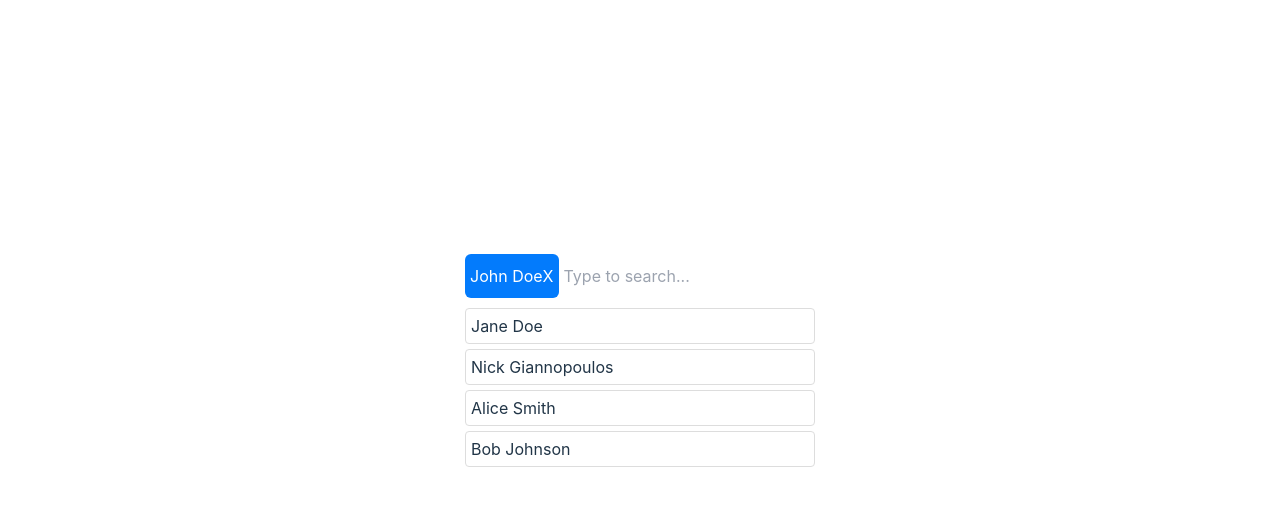
Repository: Ayansaxena24/Chip
Page: /, after clicking the first element matching `li`
An editor plug-in stored every save of this project. The page is shown before and after the next save, followed by the edit.
The browser window is 1280 px wide. The pictures show the whole page.
Some web libraries are served in a nearby version. The project was rebuilt for these pictures with package versions that can differ from the ones it lists, and the page was loaded fresh each time. Also part of the build but not shown: vite.config.ts.

Above is the page before, as saved 2024-01-16 03:09:43.

### index.html
<!doctype html>
<html lang="en">
  <head>
    <meta charset="UTF-8" />
    <link rel="icon" type="image/svg+xml" href="/vite.svg" />
    <meta name="viewport" content="width=device-width, initial-scale=1.0" />
    <script src="https://cdn.tailwindcss.com"></script>    <title>Vite + React + TS</title>
  </head>
  <body>
    <div id="root"></div>
    <script type="module" src="/src/main.tsx"></script>
  </body>
</html>

### src/App.tsx
import { BrowserRouter as Router, Routes, Route } from 'react-router-dom'
import ChipInput from './chipInput'

const App = () => {
  return (
    <Router>
      <Routes>
      <Route path="/" element={<ChipInput />} />
      </Routes>
    </Router>
  )
}

export default App

### src/ChipInput.tsx
// ChipInput.tsx

import React, {
  useState,
  useRef,
  useEffect,
  KeyboardEvent,
  ChangeEvent,
} from "react";
import "./ChipInput.css"; // Import your CSS file (e.g., TailwindCss/SCSS)

interface Chip {
  id: number;
  label: string;
}

const ChipInput: React.FC = () => {
  const [inputValue, setInputValue] = useState<string>("");
  const [chips, setChips] = useState<Chip[]>([]);
  const [filteredItems, setFilteredItems] = useState<string[]>([]);
  const inputRef = useRef<HTMLInputElement>(null);

  const items = [
    "John Doe",
    "Jane Doe",
    "Nick Giannopoulos",
    "Alice Smith",
    "Bob Johnson",
  ];

  useEffect(() => {
    setFilteredItems(
      items.filter((item) => !chips.find((chip) => chip.label === item))
    );
  }, [chips]);

  const handleInputChange = (e: ChangeEvent<HTMLInputElement>) => {
    const value = e.target.value;
    setInputValue(value);

    if (value.trim() === "" && chips.length > 0) {
      highlightLastChip();
    } else {
      setFilteredItems(
        items.filter((item) => item.toLowerCase().includes(value.toLowerCase()))
      );
    }
  };

  const handleChipClick = (item: string) => {
    setChips((prevChips) => [...prevChips, { id: Date.now(), label: item }]);
    setInputValue("");
  };

  const handleChipRemove = (id: number) => {
    setChips((prevChips) => prevChips.filter((chip) => chip.id !== id));
  };

  const handleInputKeyDown = (e: KeyboardEvent<HTMLInputElement>) => {
    if (e.key === "Backspace" && inputValue === "" && chips.length > 0) {
      e.preventDefault();
      const lastChip = chips[chips.length - 1];
      handleChipRemove(lastChip.id);
    }
  };

  const highlightLastChip = () => {
    const lastChip = document.querySelector(".chip:last-child");
    if (lastChip) {
      lastChip.classList.add("highlighted");
    }
  };

  return (
    <div className="w-screen flex justify-center items-center">
      <div className="flex flex-col w-[50vh]">
        <div className="flex flex-wrap">
          {chips.map((chip) => (
            <div
              key={chip.id}
              className="bg-[#037bfc] text-white rounded-md m-[5px] px-[5px] py-[10px] cursor-pointer flex items-center"
              onClick={() => handleChipRemove(chip.id)}
            >
              {chip.label}
              <span className="border-white">X</span>
            </div>
          ))}
          <input
            ref={inputRef}
            type="text"
            value={inputValue}
            onChange={handleInputChange}
            onKeyDown={handleInputKeyDown}
            placeholder="Type to search..."
          />
        </div>
        <ul className="item-list">
          {filteredItems.map((item) => (
            <li key={item} onClick={() => handleChipClick(item)}>
              {item}
            </li>
          ))}
        </ul>
      </div>
    </div>
  );
};

export default ChipInput;

### src/ChipInput.css
/* ChipInput.css */

  .chip-remove {
    margin-left: 5px;
    cursor: pointer;
  }

  .highlighted {
    background-color: #ffcc00;
  }

  .item-list {
    list-style: none;
    padding: 0;
    margin: 0;
  }

  .item-list li {
    cursor: pointer;
    padding: 5px;
    margin: 5px;
    border: 1px solid #ddd;
    border-radius: 4px;
  }

  .item-list li:hover {
    background-color: #f0f0f0;
  }

Loaded but not shown: src/main.tsx (common file); src/index.css (common file)

After the next save:
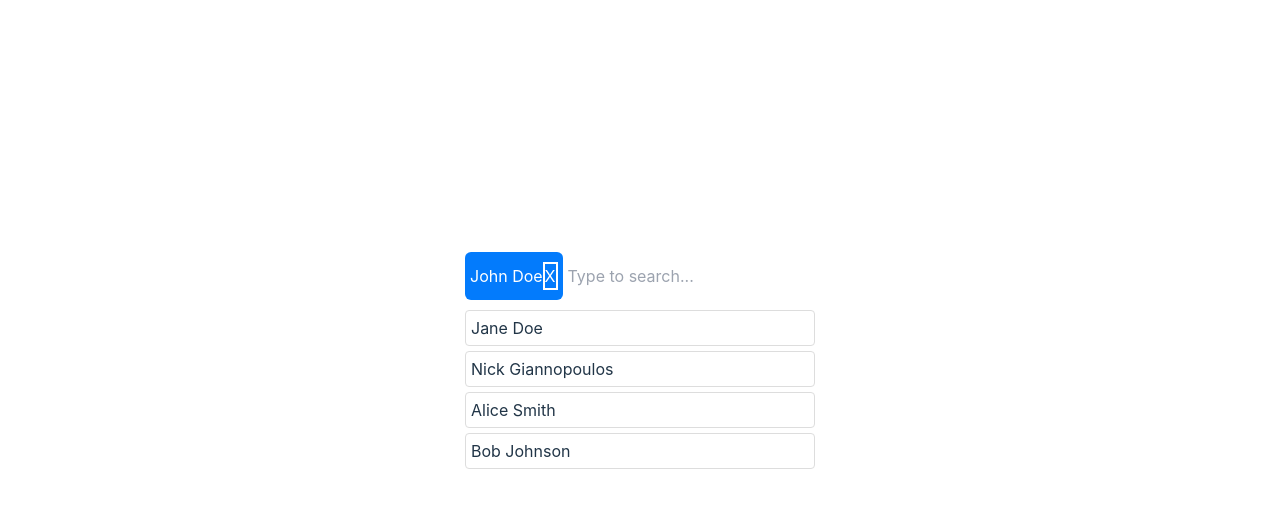
Saved 7 s later.
--- a/src/ChipInput.tsx
+++ b/src/ChipInput.tsx
@@ -82,7 +82,7 @@ const ChipInput: React.FC = () => {
               onClick={() => handleChipRemove(chip.id)}
             >
               {chip.label}
-              <span className="border-white">X</span>
+              <span className="border-white border-2">X</span>
             </div>
           ))}
           <input
